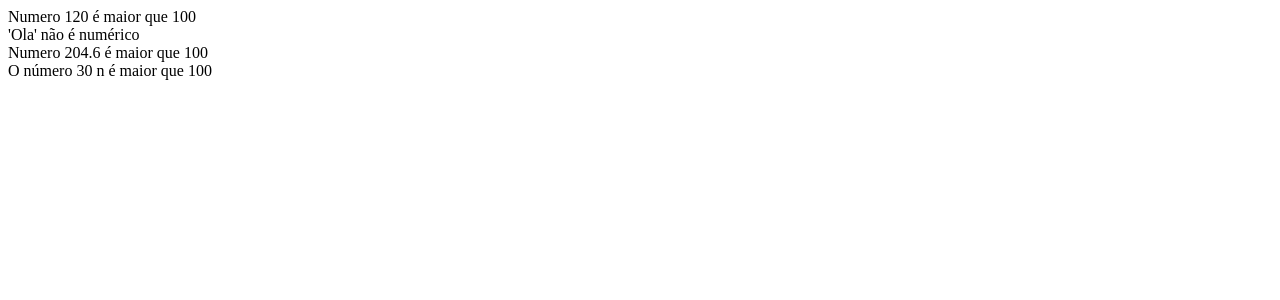
Repository: YuriSarmanho/PHPcourse
Page: http://localhost/6_estruturaControle/9_exercicio25/index.php
The author's editor kept a copy of each file at every save. The page is drawn from the files as they stood at one save, then again after a run of saves.
The browser window is 1280 px wide. The pictures show the whole page.
The page is run by PHP 8.4 with error messages shown; the project is at /var/www/html/.

Above is the page before, as saved 2022-08-06 21:23:22.

### 6_estruturaControle/9_exercicio25/index.php
<?php

function isHighThen100($var)
{
    if (is_int($var) || is_float($var)) {
        $mult = $var * 2;
        // echo $mult;
        if ($mult > 100) {
            echo "Numero $mult é maior que 100 <br>";
        }else{
            echo "O número $mult n é maior que 100 <br>";
        }
    }else{
        echo "'$var' não é numérico <br>";
    }
}


isHighThen100(60);
isHighThen100("Ola");
isHighThen100(102.3);
isHighThen100(15);

After the next 5 saves:
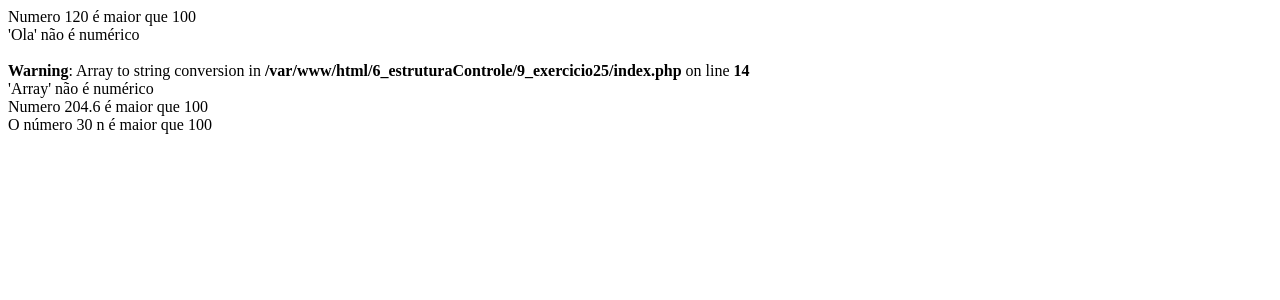
The 5 saves are shown as one change because they came seconds apart.
The last was saved 15 s later.
--- a/6_estruturaControle/9_exercicio25/index.php
+++ b/6_estruturaControle/9_exercicio25/index.php
@@ -18,5 +18,6 @@
 
 isHighThen100(60);
 isHighThen100("Ola");
+isHighThen100([1,2,3]);
 isHighThen100(102.3);
 isHighThen100(15);

After the 2 saves that followed:
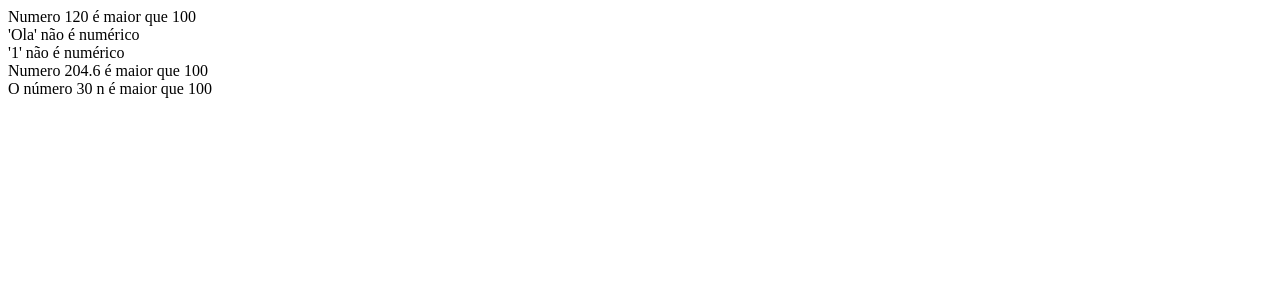
The 2 saves are shown as one change because they came seconds apart.
The last was saved 13 s later.
--- a/6_estruturaControle/9_exercicio25/index.php
+++ b/6_estruturaControle/9_exercicio25/index.php
@@ -18,6 +18,6 @@
 
 isHighThen100(60);
 isHighThen100("Ola");
-isHighThen100([1,2,3]);
+isHighThen100(true);
 isHighThen100(102.3);
 isHighThen100(15);
